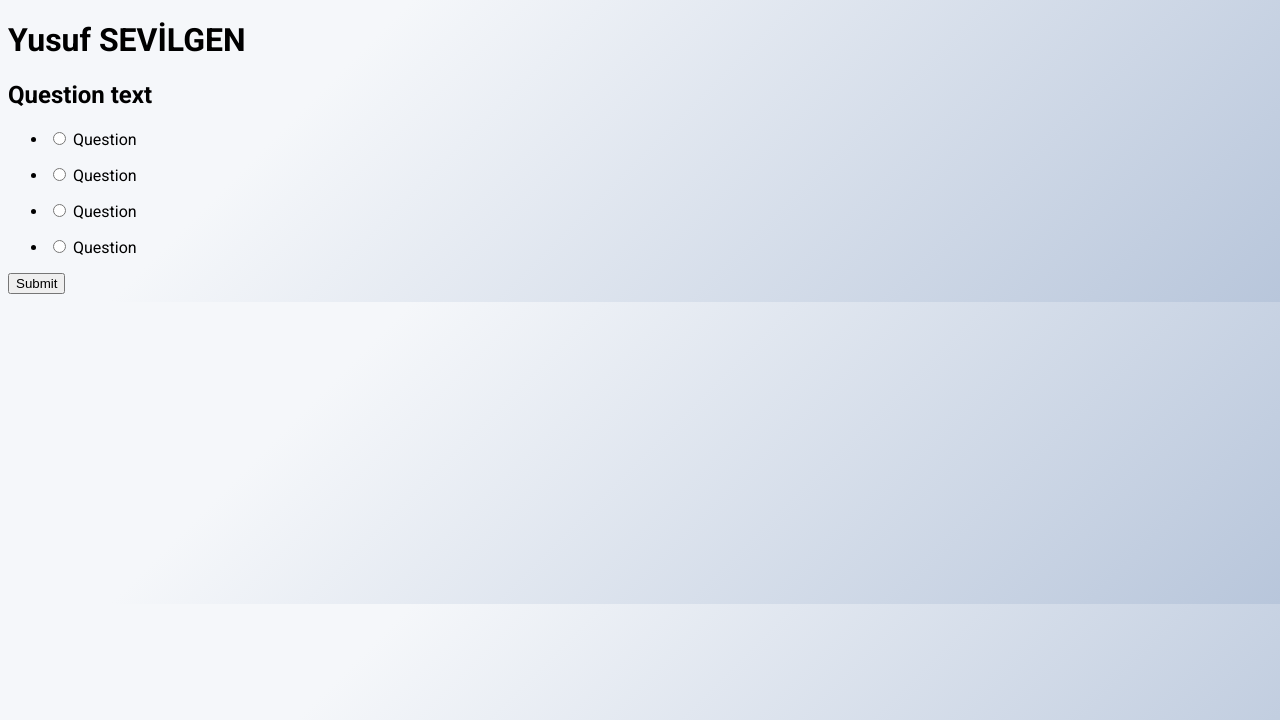
Repository: sevilgenysf/javascript-two
Page: index.html
The author's editor kept a copy of each file at every save. The page is drawn from the files as they stood at one save, then again after a run of saves.
The browser window is 1280 px wide. The pictures show the whole page.

Above is the page before, as saved 2022-02-24 16:31:27.
Console error: SyntaxError: Unexpected token '{'

### index.html
<!DOCTYPE html>
<html lang="en">

<head>
	<meta charset="UTF-8">
	<meta http-equiv="X-UA-Compatible" content="IE=edge">
	<meta name="viewport" content="width=device-width, initial-scale=1.0">
	<link rel="stylesheet" href="./style.css">
	<script src="./index.js" defer></script>
	<title>javascript Day two</title>
</head>

<body>
	<div>
		<h1>Yusuf SEVİLGEN</h1>
		<div class="quiz-container">
			<h2>Question text</h2>
			<ul>
				<li>
					<input type="radio" id="a" name="answer">
					<label for="a">Question</label>
				</li>
			</ul>
			<ul>
				<li>
					<input type="radio" id="b" name="answer">
					<label for="b">Question</label>
				</li>
			</ul>
			<ul>
				<li>
					<input type="radio" id="c" name="answer">
					<label for="c">Question</label>
				</li>
			</ul>
			<ul>
				<li>
					<input type="radio" id="d" name="answer">
					<label for="d">Question</label>
				</li>
			</ul>
			<button>Submit</button>
		</div>
	</div>
</body>

</html>

### style.css
@import url('https://fonts.googleapis.com/css2?family=Poppins:wght@400;600&family=Roboto:ital,wght@0,300;0,400;0,700;1,500&display=swap');

* {
	box-sizing: border-box;
}

body {
	background-color: #b8c6db;
	background-image: linear-gradient(315deg, #b8c6db 0%, #f5f7fa 74%);
	font-family: 'Roboto', sans-serif;

}

### index.js
const quizData = [
	{
		question: 'How old are you?',
		a: '25',
		b: '26',
		c: '27',
		d: '28',
		currect: 'c'
	},
	{
		question: 'What is the most used best programing language in 2019?',
		a: 'Java',
		b: 'C',
		c: 'Python',
		d: 'JavaScript',
		currect: 'a'
	},
	{
		qwstion: 'who is he President of USA?',
		a: 'Trump',
		b: 'Obama',
		c: 'Bush',
		d: 'Clinton',
		currect: 'b'
	},
	{
		question: 'What does HTML stand for?',
		a: 'Hyper Text Markup Language',
		b: 'Cascading style sheet',
		c: 'Jason Object Notation',
		d: 'Aplication Type Markup Language',
		currect: 'a'
	}.
	{
		question: 'What year was javaScript launched?',
		a: '1995',
		b: '1996',
		c: '1997',
		d: 'none of the above',
		currect: 'd'
	}
];

After the next 2 saves:
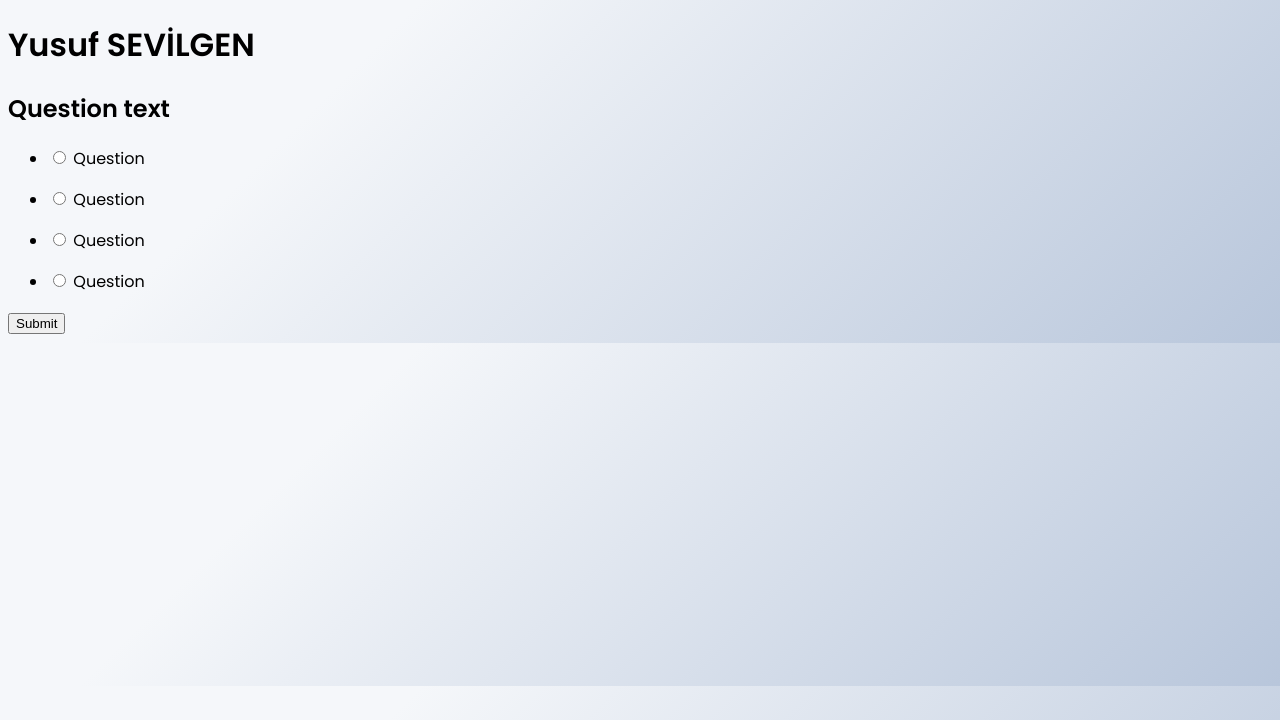
The 2 saves are shown as one change because they came seconds apart.
The last was saved 23 s later.
--- a/style.css
+++ b/style.css
@@ -7,6 +7,6 @@
 body {
 	background-color: #b8c6db;
 	background-image: linear-gradient(315deg, #b8c6db 0%, #f5f7fa 74%);
-	font-family: 'Roboto', sans-serif;
+	font-family: 'Poppins', sans-serif;
 
 }
